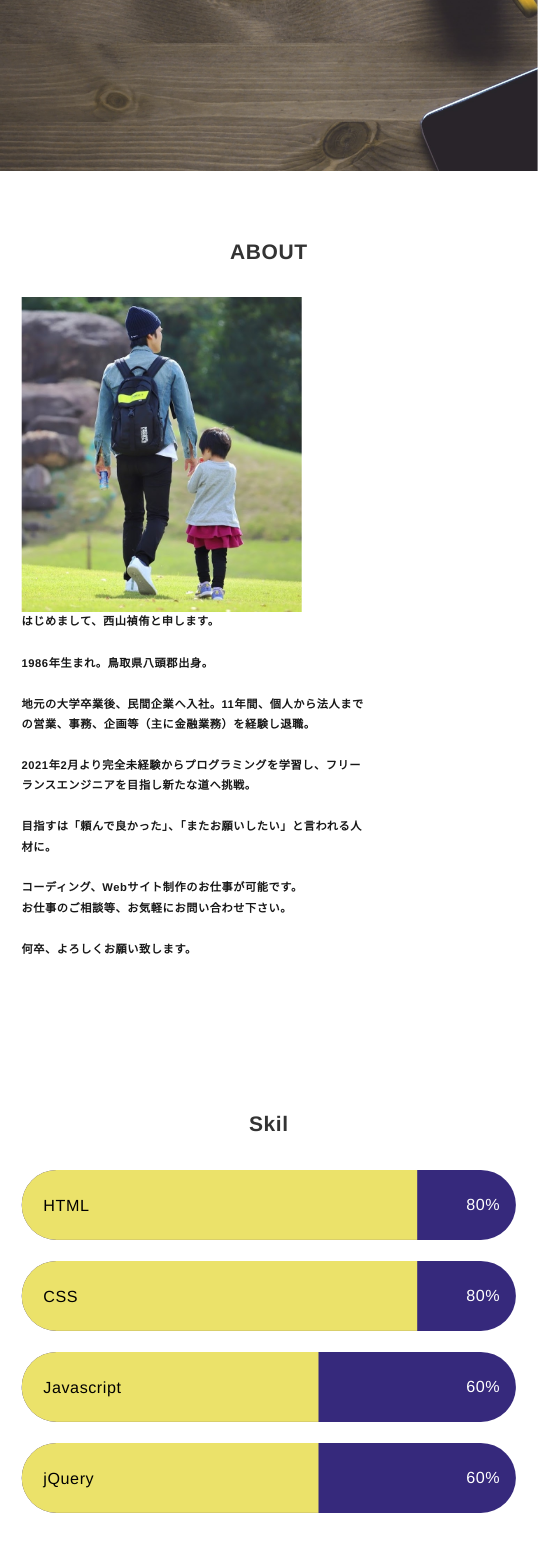
Repository: sadayuki15/portfolio
Page: index.html
An editor plug-in stored every save of this project. The page is shown before and after a run of saves, followed by the edit.
The browser window is 768 px wide. The pictures show the part of the page from y = 556 to 2796 px (the page is 4213 px tall), at 70% of full size.

Above is the page before, as saved 2021-04-26 02:25:30.

### index.html
<!DOCTYPE html>
<html lang="ja">
<head>
  <meta charset="UTF-8">
  <meta http-equiv="X-UA-Compatible" content="IE=edge">
  <meta name="viewport" content="width=device-width, initial-scale=1.0">
  <link rel="stylesheet" href="./css/reset.css">
  <link rel="stylesheet" href="./css/style.css">
  <title>Document</title>
</head>
<body>
  <!-- header -->
  <header class="header">
    <div class="header-inner">
      <h1 class="header-title">PortFolio</h1>
      <nav class="header-nav">
        <ul class="nav-list">
          <li class="nav-item"><a href="#">Home</a></li>
          <li class="nav-item"><a href="#">About</a></li>
          <li class="nav-item"><a href="#">Skil</a></li>
          <li class="nav-item"><a href="#">Work</a></li>
          <li class="nav-item"><a href="#">Contact</a></li>
        </ul>
      </nav>
      <button id="burger-btn">
        <span class="bar bar_top"></span>
        <span class="bar bar_mid"></span>
        <span class="bar bar_bottom"></span>
      </button>
    </div>
  </header>
  <!-- //header -->

  <main>
  <!-- fv -->
  <div class="fv">
    <div class="main-copy">
      <p class="main-title">
        SADAYUKI<br>
        NISIYAMA
      </p>
    </div>
  </div>
  <!-- //fv -->

  <!-- About -->
  <div class="section-wrapper">
    <h2 class="section-title">ABOUT</h2>
    <div class="section-inner about">
      <div class="about-img-wrapper">
        <img calss="ab-img" src="./img/about1.jpg" alt="">
      </div>
      <div class="about-contents">
        <p class="about-text">
          はじめまして、西山禎侑と申します。
        </p>
        <p class="about-text">
          1986年生まれ。鳥取県八頭郡出身。
        </p>
        <p class="about-text">
          地元の大学卒業後、民間企業へ入社。11年間、個人から法人までの営業、事務、企画等（主に金融業務）を経験し退職。
        </p>
        <p class="about-text">
          2021年2月より完全未経験からプログラミングを学習し、フリーランスエンジニアを目指し新たな道へ挑戦。
        </p>
        <p class="about-text">
          目指すは「頼んで良かった」、「またお願いしたい」と言われる人材に。
        </p>
        <p class="about-text">
          コーディング、Webサイト制作のお仕事が可能です。<br>
          お仕事のご相談等、お気軽にお問い合わせ下さい。
        </p>
        <p class="about-text">
          何卒、よろしくお願い致します。
        </p>
      </div>
    </div>
  </div>
  <!-- //About -->

  <!-- skil -->
  <div class="section-wrapper">
    <h2 class="section-title">Skil</h2>
    <div class="section-inner">
      <div class="chart">
        <div id="board">
          <div class="row">
            <span class="label">HTML</span>
            <div class="bar-wrap">
              <div class="bar" data-value="80"></div>
            </div>
            <span class="number">80%</span>
          </div><!-- row -->
          <div class="row">
            <span class="label">CSS</span>
            <div class="bar-wrap">
              <div class="bar" data-value="80"></div>
            </div>
            <span class="number">80%</span>
          </div><!-- row -->
          <div class="row">
            <span class="label">Javascript</span>
            <div class="bar-wrap">
              <div class="bar" data-value="60"></div>
            </div>
            <span class="number">60%</span>
          </div><!-- row -->
          <div class="row">
            <span class="label">jQuery</span>
            <div class="bar-wrap">
              <div class="bar" data-value="60"></div>
            </div>
            <span class="number">60%</span>
          </div><!-- row -->
        </div><!-- board -->
      </div><!-- chart -->
    </div>
  </div>
  <!-- //skil -->

  <!-- works -->
  <div class="section-wrapper">
    <h2 class="section-title">Work</h2>
    <div class="section-inner">
      <ul class="work-list">
        <li class="work-item">
          <a href="">
            <div class="work-img">
              <img src="./img/top2.jpg" alt="">
            </div>
            <p class="work-text">テキストが入ります。テキストが入ります。テキストが入ります。</p>
          </a>
        </li>
        <li class="work-item">
          <a href="">
            <div class="work-img">
              <img src="./img/top2.jpg" alt="">
            </div>
            <p class="work-text">テキストが入ります。テキストが入ります。テキストが入ります。テキストが入ります。</p>
          </a>
        </li>
        <li class="work-item">
          <a href="">
            <div class="work-img">
              <img src="./img/top2.jpg" alt="">
            </div>
            <p class="work-text">テキストが入ります。テキストが入ります。テキストが入ります。テキストが入ります。テキストが入ります。</p>
          </a>
        </li>
      </ul>
    </div>
  </div>
  <!-- //works -->

  <!-- contact -->
  <div class="section-wrapper">
    <h2 class="section-title">Contact</h2>
    <div class="section-inner">
      <form action="https://docs.google.com/forms/u/0/d/e/1FAIpQLSfCjsqzzj8C34UUE0Mi2WnerATBCsd4cWR83YcoPwhWItEpFQ/formResponse">
        <ul class="contact-list">
          <li class="contact-item">
            <label for="name" class="contact-label">お名前</label>
          </li>
          <li class="contact-item">
            <input id="name" class="input-text" type="text" name="entry.32834570" placeholder="制作太郎">
          </li>
        </ul>
        <ul class="contact-list">
          <li class="contact-item">
            <label for="name" class="contact-label">フリガナ</label>
          </li>
          <li class="contact-item">
            <input id="name" class="input-text" type="text" name="entry.382189680" placeholder="フリガナ">
          </li>
        </ul>
        <ul class="contact-list">
          <li class="contact-item">
            <label for="email" class="contact-label">メールアドレス</label>
          </li>
          <li class="contact-item">
            <input id="email" class="input-text" type="text" name="entry.303714741" placeholder="example@mail.co.jp">
          </li>
        </ul>
        <ul class="contact-list">
          <li class="contact-item">
            <label for="msg" class="contact-label">お問い合わせ内容</label>
          </li>
          <li class="contact-item">
            <textarea id="msg" name="entry.1496098719" placeholder="お気軽にお問い合わせください。"></textarea>
          </li>
        </ul>
        <div class="contact-btn">
          <button class="submit-btn" type="submit" name="button" value="送信">送信する</button>
        </div>
      </form>
    </div>
  </div>
  <!-- //contact -->







  </main>



  <script src="jquery-3.6.0.min.js"></script>
  <script src="index.js"></script>
</body>
</html>

### css/style.css
html {
  font-size: 62.5%;
}
body {
  font-size: 1.6rem;
  letter-spacing: .05em;
  color: #171717;
  font-family: Helvetica, '游ゴシック', 'Yu Gothic', YuGothic, HiraKakuProN-W3, 'メイリオ', Meiryo, sans-serif;
}
ul {
  text-decoration: none;
}
li {
  list-style: none;
}
a {
  text-decoration: none;
}
img {
  width: 100%;
  vertical-align: bottom;
}
/*-------共通-------*/
.section-wrapper {
  padding: 100px 0 100px;
  margin-bottom: 50px;
}
.section-title{
  max-width: 1000px;
  color: #333;
  font-size: 6rem;
  margin: 0 auto 80px;
  padding: 0 30px;
  text-align: center;
}
.section-inner {
  max-width: 1000px;
  margin: 0 auto;
  padding: 0 50px;
}


/*-------header-------*/
.header {
  width: 100%;
  padding: 19px 30px;
  position: absolute;
  top: 0;
  left: 0;
  z-index: 1;
  transition: .3s;
  color: #fff;
  box-sizing: border-box;
}
.header-inner {
  max-width: 1200px;
  margin: 0 auto;
  display: flex;
  justify-content: space-between;
  align-items: center;
  box-sizing: border-box;
}
.header-title {
  font-size: 2.6rem;
}
.nav-list {
  display: flex;
}
.nav-item a {
  display: block;
  color: #fff;
  font-weight: bold;
  text-decoration: none;
  transition: .3s;
}
.nav-item {
  margin-right: 30px;
}
.nav-item:last-of-type {
  margin-right: 0;
}
.nav-item a:hover {
  opacity: .7;
  transition: .3s;
  text-decoration: 3px underline;
}
#burger-btn {
  display: none;
}

/*-------fv-------*/
.fv {
  width: 100%;
  height: 100vh;
  min-height: 550px;
  background-image: url(../img/fv-top.jpg);
  background-size: cover;
  background-position: center;
  /* position: relative; */
}
.main-copy {
  position: absolute;
  bottom: 19%;
  left: 8.3%;
  color: #fff;
  font-weight: bold;
}
.main-title{
  font-size: 10vw;
  text-align: center;
}

.about{
  display: flex;
  justify-content: space-between;
}
.about-img-wrapper {
  max-width: 400px;
  margin-right: 20px;
}
.ab-img {
  width: 100%;
}
.about-text {
  max-width: 500px;
  margin-bottom: 30px;
  line-height: 1.8;
  font-weight: bold;
}

/*-------skil-------*/
.content {
  width: 100%;
  height: 200px;
  line-height: 200px;
  text-align: center;
}
.chart {
  max-width: 1000px;
  margin: 0 auto;
}
.chart .row {
  position: relative;
  height: 100px;
  margin-bottom: 25px;
}
.chart .row span {
  color: #000;
  font-size: 1.8rem;
}
.chart .row span.label {
  position: absolute;
  top: 35px;
  left: 3%;
  padding-left: 10px;
  text-align: left;
  line-height: 30px;
  z-index: 10;
}
.chart .row .bar-wrap {
  position: relative;
  background: #36297c;
  width: 100%;
  height: 100%;
  overflow: hidden;
  border-radius: 50px;
}
.chart .row .bar-wrap .bar {
  position: absolute;
  top: 0;
  left: 0;
  height: 100%;
  background: #ebe26a;
  transition: all 1s;
  transform: translateX(-100%);
}
.chart .row .bar-wrap .bar.no {
  transform: translateX(0%);
}
.chart .row span.number {
  position: absolute;
  top: 35px;
  right: 3%;
  width: 40px;
  padding-right: 10px;
  text-align: right;
  line-height: 28px;
  z-index: 10;
  color: #fff;
}

/*-------work-------*/
.work-list {
  max-width: 1000px;
  margin: 0 auto;
  display: flex;
  justify-content: space-between;
}
.work-item {
  width: 32%;
}
.work-item a {
  color: #333;
}
.work-text {
  padding: 25px 20px;
}

/*-------contact-------*/
.contact-list {
  max-width: 700px;
  margin: 0 auto 30px;
  padding: 0 50px;
}
.contact-item {
  margin-bottom: 5px;
}
.contact-item:last-of-type {
  margin-bottom: 0;
}
.contact-label {
  display: block;
  font-weight: bold;
  font-size: 20px;
  padding: 0 8px;
}
input,textarea {
  resize: none;
  appearance: none;
  -webkit-appearance: none;
  outline: none;
  border: 3px solid #333;
  width: 100%;
  color: #333;
  box-sizing: border-box;
  border-radius: 10px;
  font-size: 20px;
}
.input-text {
  padding: 0 8px;
  line-height: 35px;
}
.input-text:focus {
  background-color: #eaf6fd;
}
textarea {
  height: 150px;
  padding: 0 8px;
  line-height: 30px;
}
textarea:focus {
  background-color: #eaf6fd;
}
.contact-btn {
  text-align: center;
  max-width: 700px;
  margin: 0 auto;
}
button {
  background-color: transparent;
  border: none;
  cursor: pointer;
  outline: none;
  padding: 0;
  appearance: none;
}
.submit-btn {
  display: block;
  width: 235px;
  line-height: 60px;
  margin: 0 auto;
  background-color: #d61010;
  box-shadow: 0 0 6px #1B1310;
  border-radius: 30px;
  text-align: center;
  color: #171717;
  font-weight: bold;
  transition: .3s;
  border: none;
  font-size: 20px;
}
.submit-btn:hover {
  opacity: .9;
  transition: .3s;
  cursor: pointer;
}

/*-------media-------*/
@media screen and (min-width: 1000px) {
  .chart .row {
    margin-bottom: 30px;
  }
  .chart .row span {
    color: #000;
    font-size: 3rem;
  }
}

@media screen and (max-width: 1000px) {
  .chart .row {
    margin-bottom: 30px;
  }
  .chart .row span {
    color: #000;
    font-size: 3vw;
  }
}

@media screen and (max-width:768px) {
  /*-------- base_sp -------*/
  .section-wrapper {
    padding: 100px 0 40px;
  }
  .section-title {
    padding: 0 4vw;
    font-size: 3rem;
    margin-bottom: 50px;
  }
  .section-title:after {
    width: 90px;
  }
  .section-inner {
    padding: 0 4vw;
  }

  /*-------- header -------*/
  .header-nav {
    position: fixed;
    top: -110%;
    left: 0;
    right: 0;
    width: 100%;
    height: 100vh;
    background: rgba(0,0,0,0.9);
    color: #ffffff;
    display: flex;
    align-items: center;
    justify-content: center;

    /* 上からスライド */
    transition: top 0.5s;
  }
  .nav-list {
    display: block;
  }
  .nav-item {
    margin-bottom: 20px;
  }

#burger-btn .bar {
  display: block;
  background-color: #fff;
  width: 30px;
  height: 3px;
  transition: .3s;
}
.bar_top,
.bar_mid {
  margin-bottom: 8px;
}

#burger-btn.cross .bar_top {
  transform: rotate(45deg) translate(8px,8px);
  transition: .3s;
}
#burger-btn.cross .bar_mid {
  opacity: 0;
  transition: .3s;
}
#burger-btn.cross .bar_bottom {
  transform: rotate(-45deg) translate(8px,-8px);
  transition: .3s;
}
body.noscroll {
  overflow: hidden;
}

/* ナビゲーションボタン（開く） */
#burger-btn{
  display: block;
  top: 15px;
  padding: 0;
  outline: none;
  border: none;
  background: none;
  width: 30px;
  height: 20px;
  cursor: pointer;
}
.open .header-nav{
  top: 0;
}
.open #burger-btn{
  z-index: 100;
}

/*-------- fv -------*/
.main-copy {
  top: 60%;
  left: 50%;
  transform: translate(-60%,-50%);
}
.main-title {
  font-size: 11vw;
  white-space: nowrap;
}

/*-------- fv -------*/
.about {
  display: block;
}
.about-img-wrapper {
  width: 100%;
  margin-right: 0;
}
.about

}

### index.js
function generateChart(wrapper) {
  let values = [];

  $(wrapper + ' .bar').each(function(index, el) {
    values.push($(this).data('value'));
  });

  $(wrapper + ' .bar').each(function(index, el) {
    let bar = $(this);
    let value = bar.data('value');

    bar.width(value + '%');

    let board = $('#board');
    let boardO = board.offset().top;
    let boardH = board.height();
    let windowH = $(window).height();
    let windowS = $(window).scrollTop();

    if(windowS > boardO - windowH + (windowH / 2) && windowS < boardO + boardH - (boardH / 2)){
      bar.addClass('no');
    }
  });
}

$(window).on('scroll', function(event) {
  generateChart('#board');
});

document.getElementById("burger-btn").onclick = function(){
  document.querySelector('html').classList.toggle('open');
  $(this).toggleClass('cross');
  $('body').toggleClass('noscroll');
}

Loaded but not shown: css/reset.css (common file); jquery-3.6.0.min.js (library)

After the next 3 saves:
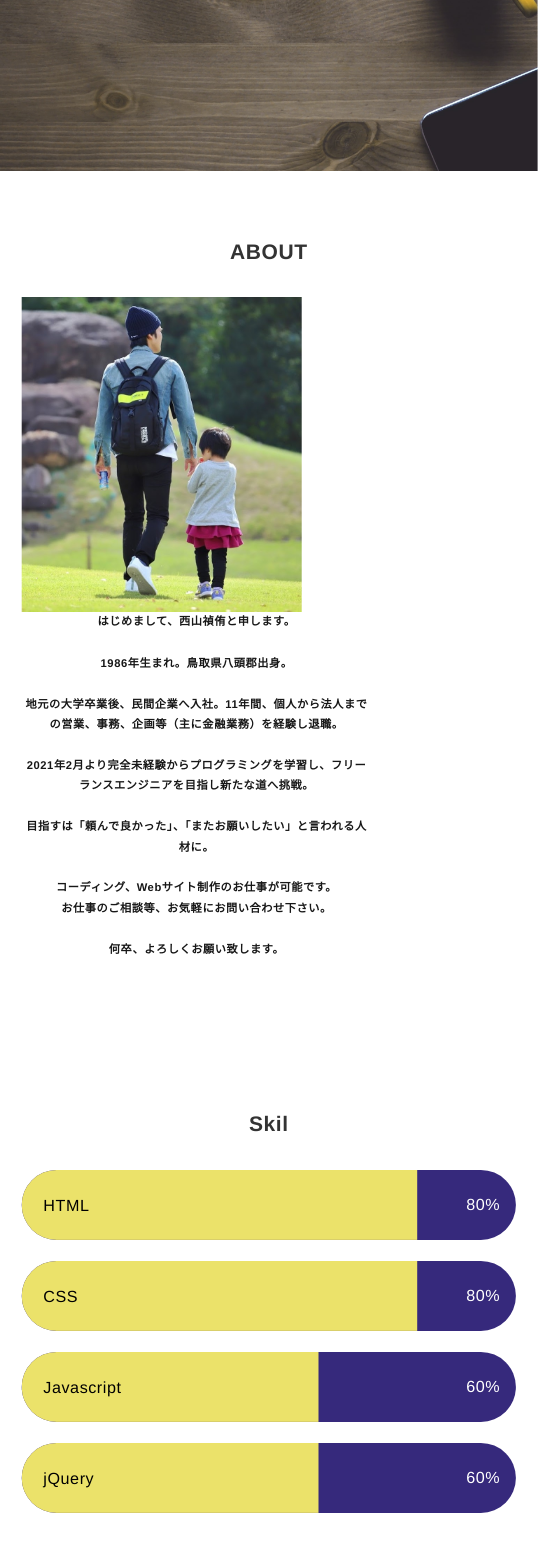
The 3 saves are shown as one change because they came seconds apart.
The last was saved 11 s later.
--- a/css/style.css
+++ b/css/style.css
@@ -413,6 +413,8 @@ body.noscroll {
   width: 100%;
   margin-right: 0;
 }
-.about
-
-}
+.about-text {
+  text-align: center;
+}
+
+}
